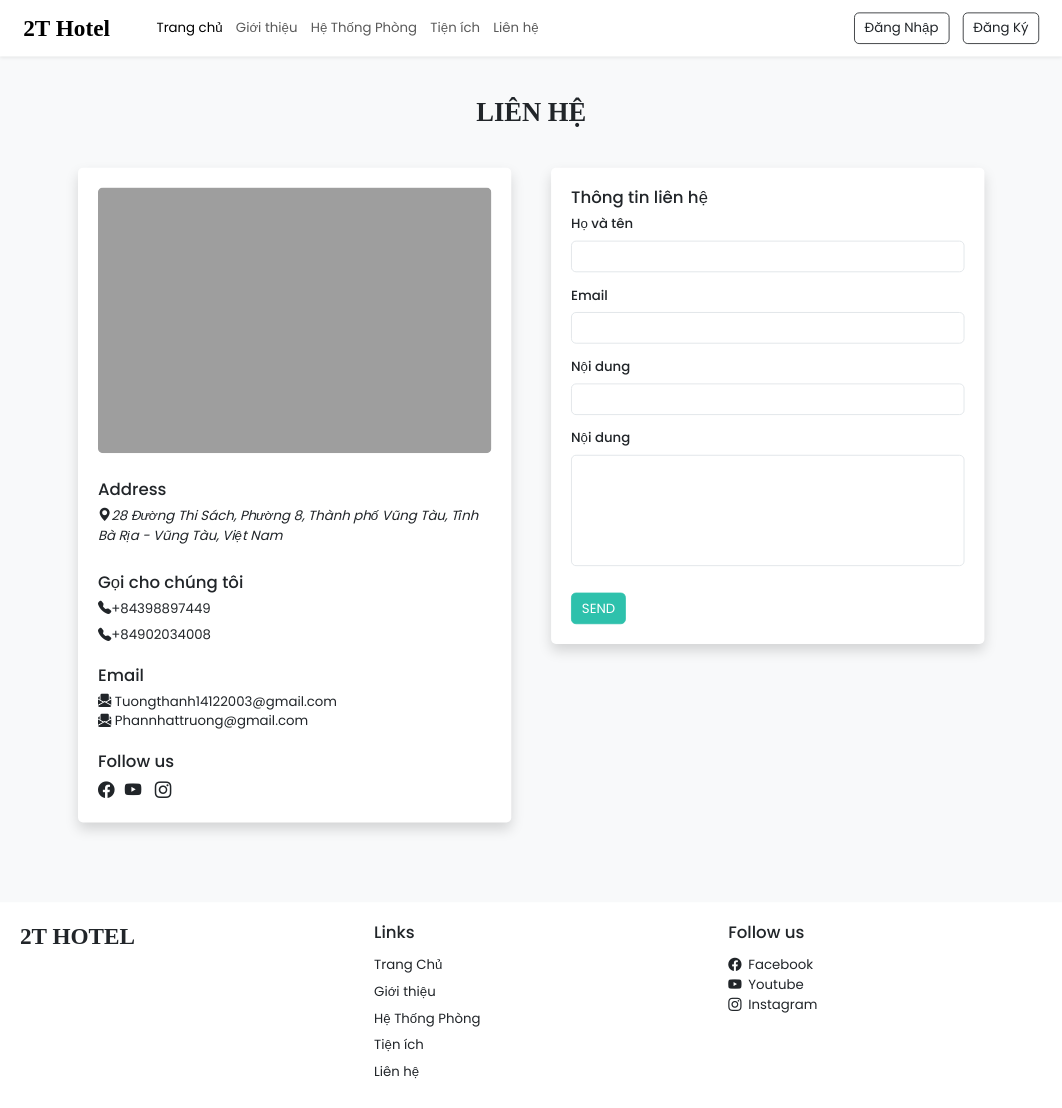
Repository: TaTongThanh2003/DoAnCoSo2024_BookingHotelWebsite
Page: http://localhost/WebsiteBookingHotel/contact.php
These files come from the project's save history. The page is drawn as it stood at one moment and after the next save; the edit follows.
The browser window is 1280 px wide. The pictures show the whole page, at 83% of full size.
Pictures or frames that could not be fetched are drawn as grey boxes. Some web fonts or font styles are not loaded; a fallback is used. The page is run by PHP 8.4 with error messages shown; the project is at /var/www/html/.

Above is the page before, as saved 2024-03-23 22:47:33.

### WebsiteBookingHotel/contact.php
<!DOCTYPE html>
<html lang="en">

<head>
    <meta charset="UTF-8">
    <meta http-equiv="X-UA-Compatible" content="IE-edge">
    <meta name="viewport" content="width=device-width, initial-scale=1.0">
    <title>2T Hotel - CONTACT</title>
    <?php require('inc/links.php'); ?>
    <style>
    .pop:hover {
        border-top-color: var(--teal) !important;
        transform: scale(1.03);
        transition: all 0.3s;
    }
    </style>
    <link rel="stylesheet" href="https://cdn.jsdelivr.net/npm/swiper@11/swiper-bundle.min.css" />
    <style>
    @media screen and (max-width: 575px) {
        .availability-form {
            margin: 25px;
            padding: 0 35px;
        }
    }
    </style>
</head>

<body class="bg-light">
    <?php require('inc/header.php'); ?>

    <div class="my-5 px-4">
        <h2 class="fw-bold h-font text-center">LIÊN HỆ</h2>
    </div>
    <div class="container">
        <div class="row">
            <div class="col-lg-6 col-md-6 mb-5 px-4">
                <div class="bg-white rounded shadow p-4 ">
                    <iframe
                        src="https://www.google.com/maps/embed?pb=!1m18!1m12!1m3!1d1387.4586037672818!2d107.14647667339156!3d10.395697334627467!2m3!1f0!2f0!3f0!3m2!1i1024!2i768!4f13.1!3m3!1m2!1s0x31756fd4554f0cf5%3A0xb24fd23bf641fa40!2zVsWpbmcgVMOgdSwgQsOgIFLhu4thIC0gVsWpbmcgVMOgdSwgVmnhu4d0IE5hbQ!5e0!3m2!1svi!2s!4v1710661690680!5m2!1svi!2s"
                        class="w-100 rounded mb-4" height="320px" loading="lazy"
                        referrerpolicy="no-referrer-when-downgrade"></iframe>
                    <h5>Address</h5>
                    <a href="https://maps.app.goo.gl/TkpwJFueXijHawj1A" target="_blank"
                        class="d-inline-block text-decoration-none text-dark mb-2">
                        <i class="bi bi-geo-alt-fill">28 Đường Thi Sách, Phường 8, Thành phố Vũng Tàu,
                            Tỉnh Bà Rịa - Vũng Tàu, Việt Nam</i>
                    </a>
                    <h5 class="mt-4">Gọi cho chúng tôi</h5>
                    <a href="tel: +84398897449" class="d-inline-block mb-2 text-decoration-none text-dark">
                        <i class="bi bi-telephone-fill"></i>+84398897449
                    </a>
                    <br>
                    <a href="tel: +84902034008" class="d-inline-block text-decoration-none text-dark">
                        <i class="bi bi-telephone-fill"></i>+84902034008
                    </a>
                    <h5 class="mt-4">Email</h5>
                    <a href="Mail To: tuongthanh14122003@gmail.com "
                        class="d-inline-block text-decoration-none text-dark">
                        <i class="bi bi-envelope-paper-fill"> </i>Tuongthanh14122003@gmail.com</a><br>
                    <a href="MailTo: phannhattruong@gmail.com " class="d-inline-block text-decoration-none text-dark">
                        <i class="bi bi-envelope-paper-fill"> </i>Phannhattruong@gmail.com</a>
                    <h5 class="mt-4">Follow us</h5>
                    <a href="#" class="d-inline-block text-dark fs-5 me-2 ">
                        <i class="bi bi-facebook mi-1"></i>
                    </a>

                    <a href="#" class="d-inline-block text-dark fs-5 me-2">
                        <i class="bi bi-youtube me-1"></i>
                    </a>
                    <a href="#" class="d-inline-block text-dark fs-5 ">
                        <i class="bi bi-instagram me-1"></i>
                    </a>
                </div>
            </div>
            <div class="col-lg-6 col-md-6 px-4">
                <div class="bg-white rounded shadow p-4 ">
                    <form>
                        <h5>Thông tin liên hệ</h5>
                        <div class="mb-3">
                            <label class="form-label" style="font-weight: 500;">Họ và tên</label>
                            <input type="text" class="form-control shadow-none">
                        </div>
                        <div class="mb-3">
                            <label class="form-label" style="font-weight: 500;">Email</label>
                            <input type="email" class="form-control shadow-none">
                        </div>
                        <div class="mb-3">
                            <label class="form-label" style="font-weight: 500;">Nội dung</label>
                            <input type="text" class="form-control shadow-none">
                        </div>
                        <div class="mb-3">
                            <label class="form-label" style="font-weight: 500;">Nội dung</label>
                            <textarea class="form-control shadow-none" rows="5" style="resize: none;"></textarea>
                        </div>
                        <button type="submit" class="btn text-white custom-bg mt-3">SEND</button>
                    </form>
                </div>
            </div>

        </div>
    </div>

    <!-- footer -->
    <?php require('inc/footer.php'); ?>




    <!-- <script src="https://cdn.jsdelivr.net/npm/swiper@11/swiper-bundle.min.js"></script>
    <script src="https://cdn.jsdelivr.net/npm/bootstrap@5.3.3/dist/js/bootstrap.bundle.min.js"
        integrity="sha384-YvpcrYf0tY3lHB60NNkmXc5s9fDVZLESaAA55NDzOxhy9GkcIdslK1eN7N6jIeHz" crossorigin="anonymous">
    </script> -->
    <!-- <script>
    var swiper = new Swiper(".swiper-container", {
        spaceBetween: 30,
        effect: "fade",
        loop: true,
        autoplay: {
            delay: 3500,
            disableOnInteraction: false,
        }
    });
    var swiper = new Swiper(".swiper-testimonials", {
        effect: "coverflow",
        grabCursor: true,
        centeredSlides: true,
        slidesPerView: "auto",
        slidesPerView: "3",
        loop: true,
        coverflowEffect: {
            rotate: 50,
            stretch: 0,
            depth: 100,
            modifier: 1,
            slideShadows: false,
        },
        pagination: {
            el: ".swiper-pagination",
        },
        breakpoints: {
            320: {
                slidesPerView: 1,
            },
            640: {
                slidesPerView: 1,
            },
            768: {
                slidesPerView: 2,
            },
            1024: {
                slidesPerView: 3,
            },
        }
    });
    </script> -->
</body>

</html>

### WebsiteBookingHotel/inc/links.php
<link href="https://cdn.jsdelivr.net/npm/bootstrap@5.3.3/dist/css/bootstrap.min.css" rel="stylesheet"
    integrity="sha384-QWTKZyjpPEjISv5WaRU9OFeRpok6YctnYmDr5pNlyT2bRjXh0JMhjY6hW+ALEwIH" crossorigin="anonymous">
<link href="https://fonts.googleapis.com/css2?family=Merienda:wght@400;700&family=Poppins:wght@400;500;600&display=swap"
    rel="stylesheet">
<link rel="stylesheet" href="https://cdn.jsdelivr.net/npm/bootstrap-icons@1.11.3/font/bootstrap-icons.min.css">
<link rel="stylesheet" href="css/common.css">

### WebsiteBookingHotel/inc/header.php
<nav class="navbar navbar-expand-lg navbar-light bg-white px-lg-3 py-lg-2 shadow-sm sticky-top">
    <div class="container-fluid">
        <a class="navbar-brand me-5 fw-bold fs-3 h-font" href="index.php">2T Hotel</a>
        <button class="navbar-toggler shadow-none" type="button" data-bs-toggle="collapse"
            data-bs-target="#navbarSupportedContent" aria-controls="navbarSupportedContent" aria-expanded="false"
            aria-label="Toggle navigation">
            <span class="navbar-toggler-icon"></span>
        </button>
        <div class="collapse navbar-collapse" id="navbarSupportedContent">
            <ul class="navbar-nav me-auto mb-2 mb-lg-0">
                <li class="nav-item">
                    <a class="nav-link active" aria-current="page" href="index.php">Trang chủ</a>
                </li>
                <li class="nav-item">
                    <a class="nav-link" href="about.php">Giới thiệu</a>
                </li>
                <li class="nav-item">
                    <a class="nav-link" href="rooms.php">Hệ Thống Phòng</a>
                </li>
                <li class="nav-item">
                    <a class="nav-link" href="facilities.php">Tiện ích</a>
                </li>
                <li class="nav-item">
                    <a class="nav-link" href="contact.php">Liên hệ</a>
                </li>

            </ul>
            <div class="d-flex">
                <button type="button" class="btn btn-outline-dark shadow-none me-lg-3 me-2" data-bs-toggle="modal"
                    data-bs-target="#loginModal">
                    Đăng Nhập
                </button>
                <button type="button" class="btn btn-outline-dark shadow-none " data-bs-toggle="modal"
                    data-bs-target="#registerModal">
                    Đăng Ký
                </button>
            </div>
        </div>
    </div>
</nav>

<!-- login -->
<div class="modal fade" id="loginModal" data-bs-backdrop="static" data-bs-keyboard="false" tabindex="-1"
    aria-labelledby="staticBackdropLabel" aria-hidden="true">
    <div class="modal-dialog">
        <div class="modal-content">
            <form>
                <div class="modal-header">
                    <h5 class="modal-title d-flex align-item-center">
                        <i class="bi bi-person-circle fs-5 me-2"></i> User login
                    </h5>
                    <button type="reset" class="btn-close shadow-none" data-bs-dismiss="modal"
                        aria-label="Close"></button>
                </div>
                <div class="modal-body">
                    <div class="mb-3">
                        <label class="form-label">Email address</label>
                        <input type="email" class="form-control shadow-none">
                    </div>
                    <div class="mb-4">
                        <label class="form-label">Password</label>
                        <input type="password" class="form-control shadow-none">
                    </div>
                    <div class="d-flex align-items-center justify-content-between mb-2">
                        <button type="submit" class="btn btn-dark shadow-none">LOGIN</button>
                        <a href="javascript: void(0)" class="text-secondary text-decoration-none">Forgot
                            Password?</a>
                    </div>
                </div>
            </form>
        </div>
    </div>
</div>

<!-- Register -->
<div class="modal fade" id="registerModal" data-bs-backdrop="static" data-bs-keyboard="false" tabindex="-1"
    aria-labelledby="staticBackdropLabel" aria-hidden="true">
    <div class="modal-dialog modal-lg">
        <div class="modal-content">
            <form>
                <div class="modal-header">
                    <h5 class="modal-title d-flex align-item-center">
                        <i class="bi bi-person-lines-fill fs-5 me-2"></i>
                        User Registration
                    </h5>
                    <button type="reset" class="btn-close shadow-none" data-bs-dismiss="modal"
                        aria-label="Close"></button>
                </div>
                <div class="modal-body">
                    <span class="badge rounded-pill bg-light text-dark mb-3 text-wrap lh-base">
                        Note: Your details must match with your ID (Aadhar card, passport, driving license, etc.)
                        that will be required dring check-in.
                    </span>
                    <div class="container-fluid">
                        <div class="row">
                            <!-- Name -->
                            <div class="col-md-6 ps-0 mb-3">
                                <label class="form-label">Name</label>
                                <input type="text" class="form-control shadow-none">
                            </div>
                            <!-- Email -->
                            <div class="col-md-6 p-0 mb-3">
                                <label class="form-label">Email</label>
                                <input type="email" class="form-control shadow-none">
                            </div>
                            <!-- Phone Number -->
                            <div class="col-md-6 ps-0 mb-3">
                                <label class="form-label">Phone Number</label>
                                <input type="number" class="form-control shadow-none">
                            </div>
                            <!-- Picture -->
                            <div class="col-md-6 p-0 mb-3">
                                <label class="form-label">Picture</label>
                                <input type="file" class="form-control shadow-none">
                            </div>
                            <!-- Address -->
                            <div class="col-md-12 p-0 mb-3">
                                <label class="form-label">Address</label>
                                <textarea class="form-control shadow-none" rows="1"></textarea>
                            </div>
                            <!-- Pincode -->
                            <div class="col-md-6 ps-0 mb-3">
                                <label class="form-label">Pincode</label>
                                <input type="number" class="form-control shadow-none">
                            </div>
                            <!-- Date of birth -->
                            <div class="col-md-6 p-0 mb-3">
                                <label class="form-label">Date of birth</label>
                                <input type="date" class="form-control shadow-none">
                            </div>
                            <!-- Password -->
                            <div class="col-md-6 ps-0 mb-3">
                                <label class="form-label">Password</label>
                                <input type="password" class="form-control shadow-none">
                            </div>
                            <!-- Comfirm Password -->
                            <div class="col-md-6 p-0 mb-3">
                                <label class="form-label">Comfirm Password</label>
                                <input type="password" class="form-control shadow-none">
                            </div>
                        </div>
                    </div>
                    <div class="text-center my-1">
                        <button type="submit" class="btn btn-dark shadow-none">REGISTER</button>
                    </div>
                </div>
            </form>
        </div>
    </div>
</div>

### WebsiteBookingHotel/inc/footer.php
<div class="container-fluid bg-white mt-5">
    <div class="row">
        <div class="col-lg-4 p-4">
            <h3 class="h-font fw-bold fs-3">2T HOTEL</h3>
            <p>

            </p>
        </div>
        <div class="col-lg-4 p-4">
            <h5 class="mb-3">Links</h5>
            <a href="index.php" class="d-inline-block mb-2 text-dark text-decoration-none">Trang Chủ</a><br>
            <a href="about.php" class="d-inline-block mb-2 text-dark text-decoration-none">Giới thiệu</a> <br>
            <a href="rooms.php" class="d-inline-block mb-2 text-dark text-decoration-none">Hệ Thống Phòng</a><br>
            <a href="facilities.php" class="d-inline-block mb-2 text-dark text-decoration-none">Tiện ích</a><br>
            <a href="contact.php" class="d-inline-block mb-2 text-dark text-decoration-none">Liên hệ</a><br>
        </div>
        <div class="col-lg-4 p-4">
            <h5 class="mb-3">Follow us</h5>
            <a href="#" class="d-inline-block text-dark text-decoration-none md-2">
                <i class="bi bi-facebook me-1"></i> Facebook
            </a><br>
            <a href="#" class="d-inline-block text-dark text-decoration-none md-2">
                <i class="bi bi-youtube me-1"></i> Youtube
            </a><br>
            <a href="#" class="d-inline-block text-dark text-decoration-none ">
                <i class="bi bi-instagram me-1"></i> Instagram
            </a><br>
        </div>
    </div>
</div>

### WebsiteBookingHotel/css/common.css
:root{
    --teal: #2ec1ac;
    --teal_hover: #279e8c;
}

* {
    font-family: 'Poppins', sans-serif;
}

.h-font {
    font-family: 'Merienda', cursive;
}

input::-webkit-outer-spin-button,
input::-webkit-inner-spin-button {
    -webkit-appearance: none;
    margin: 0;
}

/* input[type=number] {
    -moz-appearance: textfield;
} */

.custom-bg {
    background-color: var(--teal);
    border: 1px solid var(--teal);
}

.custom-bg:hover {
    background-color: var(--teal_hover);
    border-color: var(--teal_hover);
}

.availability-form {
    margin-top: -50px;
    z-index: 2;
    position: relative;
}
.h-line{
    width: 150px ;
    margin: 0 auto;
    height: 1.7px;
}

After the next save:
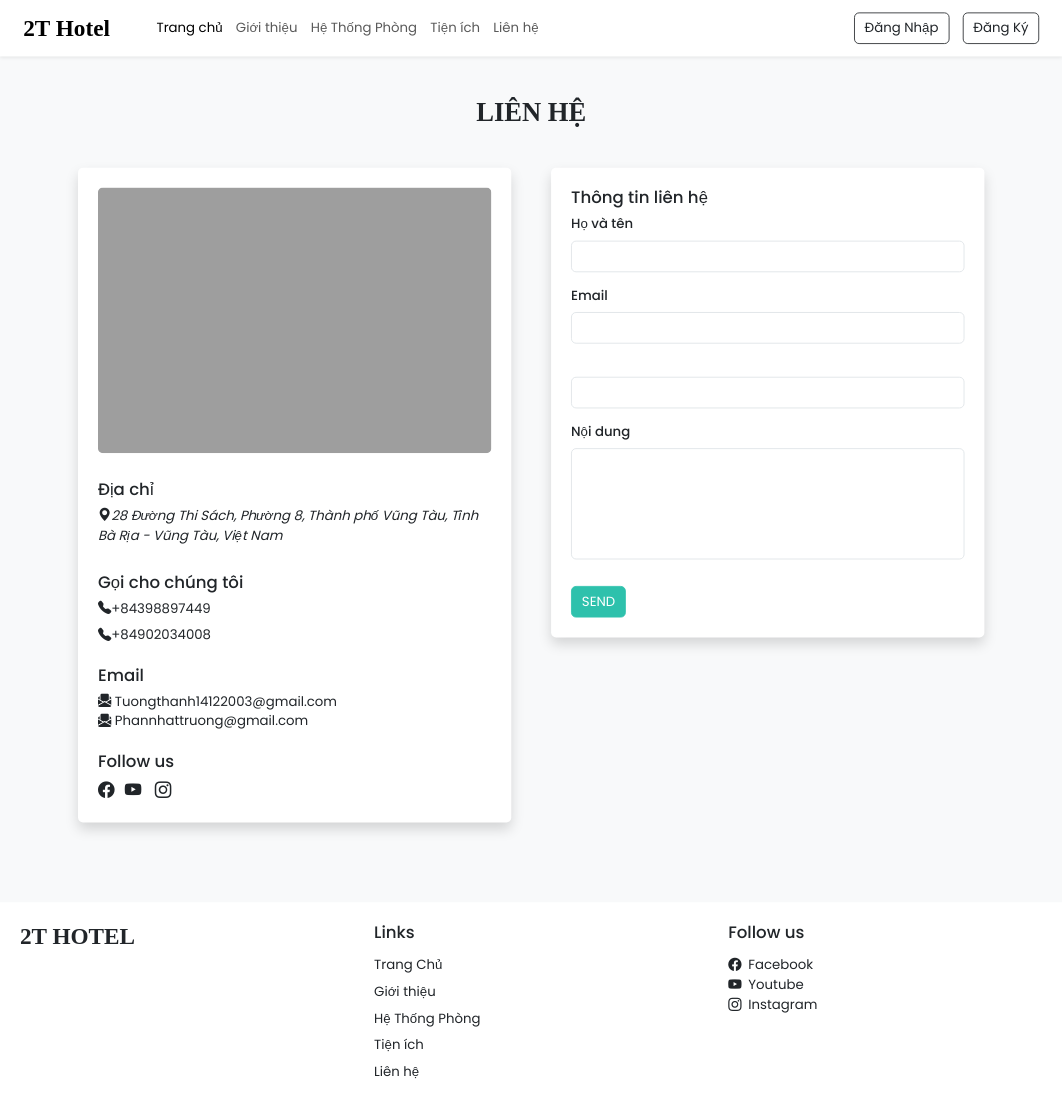
Saved 87 s later.
--- a/WebsiteBookingHotel/contact.php
+++ b/WebsiteBookingHotel/contact.php
@@ -39,7 +39,7 @@
                         src="https://www.google.com/maps/embed?pb=!1m18!1m12!1m3!1d1387.4586037672818!2d107.14647667339156!3d10.395697334627467!2m3!1f0!2f0!3f0!3m2!1i1024!2i768!4f13.1!3m3!1m2!1s0x31756fd4554f0cf5%3A0xb24fd23bf641fa40!2zVsWpbmcgVMOgdSwgQsOgIFLhu4thIC0gVsWpbmcgVMOgdSwgVmnhu4d0IE5hbQ!5e0!3m2!1svi!2s!4v1710661690680!5m2!1svi!2s"
                         class="w-100 rounded mb-4" height="320px" loading="lazy"
                         referrerpolicy="no-referrer-when-downgrade"></iframe>
-                    <h5>Address</h5>
+                    <h5>Địa chỉ</h5>
                     <a href="https://maps.app.goo.gl/TkpwJFueXijHawj1A" target="_blank"
                         class="d-inline-block text-decoration-none text-dark mb-2">
                         <i class="bi bi-geo-alt-fill">28 Đường Thi Sách, Phường 8, Thành phố Vũng Tàu,
@@ -85,7 +85,7 @@
                             <input type="email" class="form-control shadow-none">
                         </div>
                         <div class="mb-3">
-                            <label class="form-label" style="font-weight: 500;">Nội dung</label>
+                            <label class="form-label" style="font-weight: 500;"></label>
                             <input type="text" class="form-control shadow-none">
                         </div>
                         <div class="mb-3">
